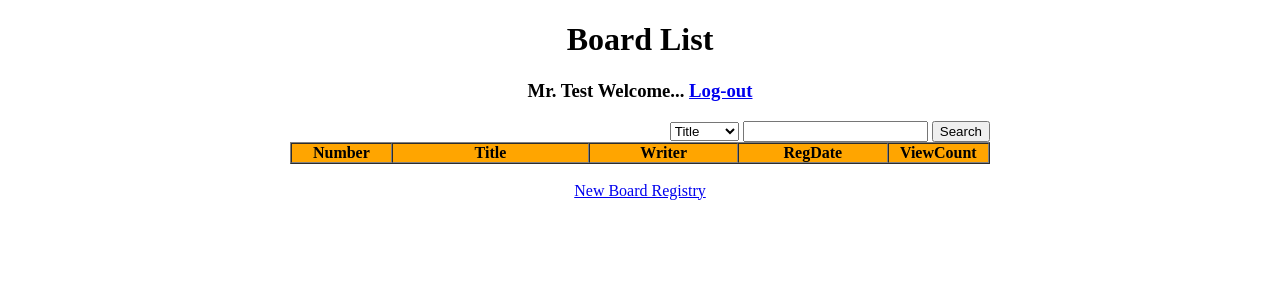
Repository: kevin1229/springTest
Page: http://localhost/BoardWeb/getBoardList.jsp
These files come from the project's save history. The page is drawn as it stood at one moment and after the next save; the edit follows.
The browser window is 1280 px wide. The pictures show the whole page.
The page is served by Tomcat 9. Other server files are loaded and not shown. Queries for data that is not in the repository find no rows.

Above is the page before, as saved 2020-03-31 15:02:21.

### BoardWeb/src/main/webapp/getBoardList.jsp
<%@page import="java.util.List" %>
<%@page import="com.springbook.biz.board.impl.BoardDAO" %>
<%@page import="com.springbook.biz.board.BoardVO" %>
<%@ page language="java" contentType="text/html; charset=UTF-8" pageEncoding="UTF-8"%>

<%
	BoardVO vo = new BoardVO();
	BoardDAO boardDAO = new BoardDAO();
	List<BoardVO> boardList = boardDAO.getBoardList(vo);
%>

<!DOCTYPE html>
<html>
<head>
	<meta http-equiv="Content-Type" content="text/html; charset=UTF-8" />
	<title>Board List</title>
</head>

<body>
	<center>
		<h1>Board List</h1>
		<h3>Mr. Test Welcome... <a href="logout_proc.jsp">Log-out</a></h3>

		<form action="getBoardList.jsp" method="post">
			<table boarder="1" cellpadding="0" cellspacing="0" width="700">
				<tr>
					<td align="right">
						<select name="searchCondition">
							<option value="TITLE">Title </option>
							<option value="CONTENT">Content</option>
						</select>
						<input name="searchKeyword" type="text" />
						<input type="submit" value="Search"/>
					</td>
				</tr>
			</table>
		</form>

		<table border="1" cellpadding="0" cellspacing="0" width="700">
			<tr>
				<th bgcolor="orange" width="100">Number</th>
				<th bgcolor="orange" width="200">Title</th>
				<th bgcolor="orange" width="150">Writer</th>
				<th bgcolor="orange" width="150">RegDate</th>
				<th bgcolor="orange" width="100">ViewCount</th>
			</tr>

			<% for(BoardVO board : boardList) { %>
			<tr>
				<td><%= board.getSeq() %></td>
				<td align="left"><a href="getBoard.jsp?seq=<%= board.getSeq() %>">
								<%= board.getTitle() %></a></td>
				<td><%= board.getWriter() %></td>
				<td><%= board.getRegDate() %></td>
				<td><%= board.getCnt() %></td>
			</tr>
			<%}%>
		</table>
		<br>
			<a href="insertBoard.jsp">New Board Registry</a>
	</center>
</body>
</html>

### BoardWeb/src/main/java/com/springbook/biz/board/BoardVO.java
package com.springbook.biz.board;

import java.sql.Date;

public class BoardVO {

	private int seq;
	private String title;
	private String writer;
	private String content;
	private Date regDate;
	private int cnt;
	public int getSeq() {
		return seq;
	}
	public void setSeq(int seq) {
		this.seq = seq;
	}
	public String getTitle() {
		return title;
	}
	public void setTitle(String title) {
		this.title = title;
	}
	public String getWriter() {
		return writer;
	}
	public void setWriter(String writer) {
		this.writer = writer;
	}
	public String getContent() {
		return content;
	}
	public void setContent(String content) {
		this.content = content;
	}
	public Date getRegDate() {
		return regDate;
	}
	public void setRegDate(Date regDate) {
		this.regDate = regDate;
	}
	public int getCnt() {
		return cnt;
	}
	public void setCnt(int cnt) {
		this.cnt = cnt;
	}

	@Override
	public String toString() {
		return "BoardVO [seq=" + seq + ", title=" + title + ", writer=" + writer + ", content=" + content + ", regDate="
				+ regDate + ", cnt=" + cnt + "]";
	}
}

### BoardWeb/src/main/java/com/springbook/biz/board/impl/BoardDAO.java
package com.springbook.biz.board.impl;

import java.sql.Connection;
import java.sql.PreparedStatement;
import java.sql.ResultSet;
import java.sql.SQLException;
import java.util.ArrayList;
import java.util.List;

import org.springframework.stereotype.Repository;

import com.springbook.biz.board.BoardVO;
import com.springbook.biz.common.JDBCUtil;

@Repository("boardDAO")
public class BoardDAO {

	private Connection conn = null;
	private PreparedStatement stmt = null;
	private ResultSet rs = null;

	private final String BOARD_INSERT = "insert into board(seq, title, writer, content) "
										+ "values( "
										+ "(select coalesce( max(seq), 0)+1 from board), "
										+ "?, ?, ?)";

	private final String BOARD_UPDATE = "update board set title=?, content=? where seq=?";
	private final String BOARD_DELETE = "delete board where seq=?";
	private final String BOARD_GET = "select * from board where seq=?";
	private final String BOARD_LIST = "select * from board order by seq desc";

	public void insertBoard(BoardVO vo) {
		System.out.println("===> JDBC로 insertBoard() 기능 처리");

		try {
			conn = JDBCUtil.getConnection();
			stmt = conn.prepareStatement(BOARD_INSERT);
			stmt.setString(1, vo.getTitle());
			stmt.setString(2, vo.getWriter());
			stmt.setString(3, vo.getContent());
			stmt.executeUpdate();
		} catch (SQLException e) {
			e.printStackTrace();
		} finally {
			JDBCUtil.close(stmt, conn);
		}
	}

	public void updateBoard(BoardVO vo) {

		System.out.println("===> JDBC로 updateBoard() 기능 처리");
		try {
			conn = JDBCUtil.getConnection();
			stmt = conn.prepareStatement(BOARD_UPDATE);
			stmt.setString(1,  vo.getTitle());
			stmt.setString(2,  vo.getContent());
			stmt.setInt(3,  vo.getSeq());
			stmt.executeUpdate();
		}catch (Exception e) {
			e.printStackTrace();
		} finally {
			JDBCUtil.close(stmt, conn);
		}
	}

	public void deleteBoard(BoardVO vo) {

		System.out.println("===> JDBC로 deleteBoard() 기능 처리");
		try {
			conn = JDBCUtil.getConnection();
			stmt = conn.prepareStatement(BOARD_DELETE);
			stmt.setInt(1,  vo.getSeq());
			stmt.executeUpdate();
		} catch (Exception e) {
			e.printStackTrace();
		} finally {
			JDBCUtil.close(stmt, conn);
		}
	}

	public BoardVO getBoard(BoardVO vo) {
		System.out.println("===> JDBC로 getBoard() 기능 처리");
		BoardVO board = null;

		try {
			conn = JDBCUtil.getConnection();
			stmt = conn.prepareStatement(BOARD_GET);
			stmt.setInt(1,  vo.getSeq());
			rs = stmt.executeQuery();

			if(rs.next()) {
				board = new BoardVO();
				board.setSeq(rs.getInt("seq"));
				board.setTitle(rs.getString("title"));
				board.setWriter(rs.getString("writer"));
				board.setContent(rs.getString("content"));
				board.setRegDate(rs.getDate("regdate"));
				board.setCnt(rs.getInt("cnt"));
			}
		} catch (Exception e) {
			e.printStackTrace();
		} finally {
			JDBCUtil.close(stmt, conn);
		}

		return board;
	}

	public List<BoardVO> getBoardList(BoardVO vo) {
		System.out.println("===> JDBC로 getBoardList() 기능 처리");
		List<BoardVO> boardList = new ArrayList<BoardVO>();

		try {
			conn = JDBCUtil.getConnection();
			stmt = conn.prepareStatement(BOARD_LIST);
			rs = stmt.executeQuery();

			while(rs.next()) {

				BoardVO board = new BoardVO();
				board.setSeq(rs.getInt("seq"));
				board.setTitle(rs.getString("title"));
				board.setWriter(rs.getString("writer"));
				board.setContent(rs.getString("content"));
				board.setRegDate(rs.getDate("regdate"));
				board.setCnt(rs.getInt("cnt"));
				boardList.add(board);
			}

		} catch (Exception e) {
			e.printStackTrace();
		} finally {
			JDBCUtil.close(stmt, conn);
		}

		return boardList;
	}

}

### BoardWeb/src/main/java/com/springbook/biz/common/JDBCUtil.java
package com.springbook.biz.common;

import java.sql.Connection;
import java.sql.DriverManager;
import java.sql.PreparedStatement;
import java.sql.ResultSet;
import java.sql.SQLException;

public class JDBCUtil {

	public static Connection getConnection() {
		try {
			Class.forName("org.postgresql.Driver");
			return DriverManager.getConnection("jdbc:postgresql://localhost:5432/SpringStudy", "kevin", "1234qwer");
		} catch (Exception e) {
			e.printStackTrace();
		}
		return null;
	}

	public static void close(PreparedStatement stmt, Connection conn) {
		if(stmt != null) {
			try {

				if(!stmt.isClosed())
					stmt.close();

			} catch (Exception e) {

				e.printStackTrace();

			} finally {

				stmt = null;
			}
		}

		if(conn != null) {
			try {

				if(!conn.isClosed())
					conn.close();

			} catch (Exception e) {

				e.printStackTrace();

			} finally {

				conn=null;
			}
		}
	}

	public static void close(ResultSet rs, PreparedStatement stmt, Connection conn) {

		if(rs != null) {
			try {

				if(!rs.isClosed())
					rs.close();

			} catch (Exception e) {
				e.printStackTrace();
			} finally {
				rs = null;
			}
		}

		if(stmt != null) {
			try {

				if(!stmt.isClosed())
					stmt.close();

			} catch (Exception e) {
				e.printStackTrace();
			} finally {
				stmt = null;
			}
		}

		if(conn!=null) {
			try {

				if(!conn.isClosed())
					conn.close();

			} catch (SQLException e) {
				e.printStackTrace();
			} finally {
				conn = null;
			}
		}
	}
}

After the next save:
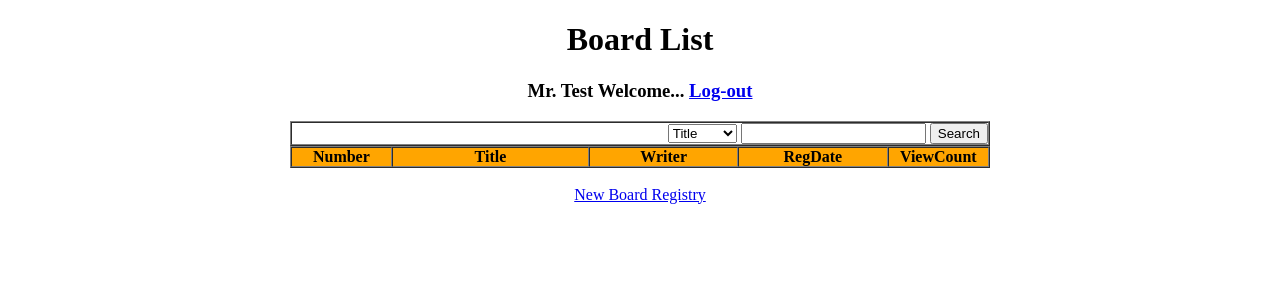
Saved 38 s later.
--- a/BoardWeb/src/main/webapp/getBoardList.jsp
+++ b/BoardWeb/src/main/webapp/getBoardList.jsp
@@ -22,7 +22,7 @@
 		<h3>Mr. Test Welcome... <a href="logout_proc.jsp">Log-out</a></h3>
 
 		<form action="getBoardList.jsp" method="post">
-			<table boarder="1" cellpadding="0" cellspacing="0" width="700">
+			<table border="1" cellpadding="0" cellspacing="0" width="700">
 				<tr>
 					<td align="right">
 						<select name="searchCondition">
